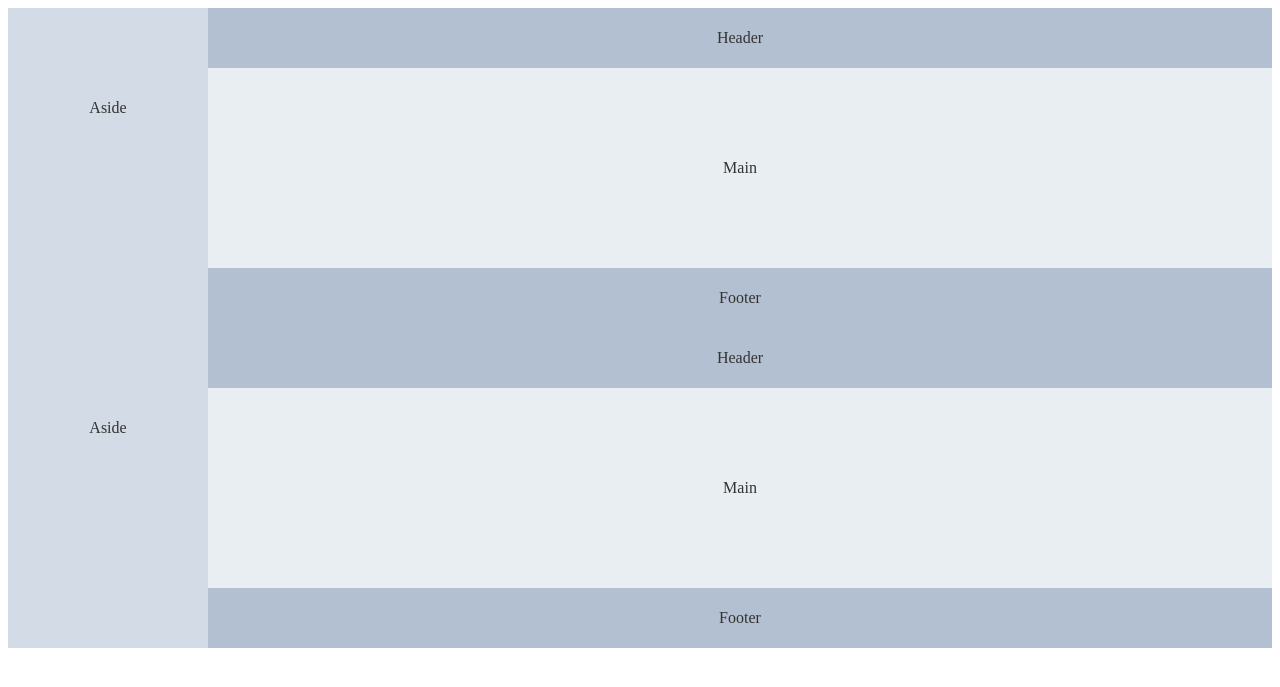
Repository: 960519152/elementui-demo-byf
Page: /
These files come from the project's save history. The page is drawn as it stood at one moment and after the next save; the edit follows.
The browser window is 1280 px wide. The pictures show the whole page.
The project was rebuilt for these pictures with package versions that can differ from the ones it lists, and the page was loaded fresh each time.

Above is the page before, as saved 2019-05-13 13:57:46.

After the next save:
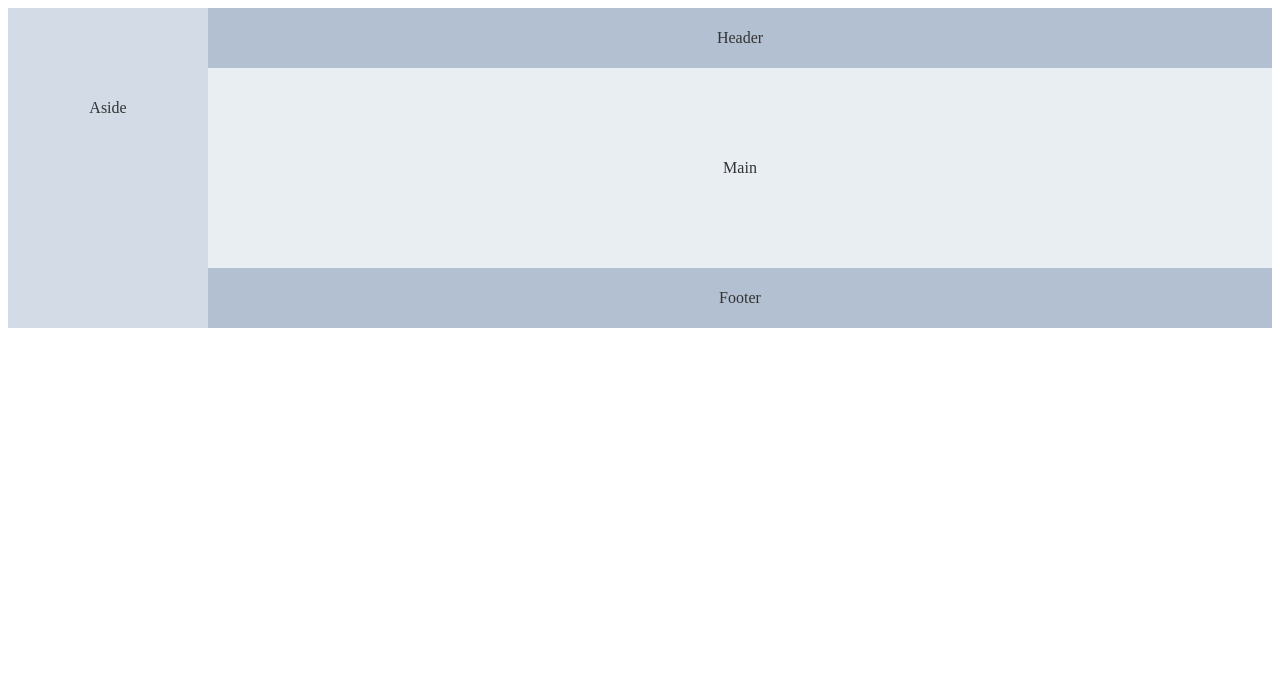
Saved 10 s later.
--- a/src/components/HelloWorld.vue
+++ b/src/components/HelloWorld.vue
@@ -1,61 +1,21 @@
 <template>
   <div class="hello">
-    <el-container>
-      <el-aside width="200px">Aside</el-aside>
-      <el-container>
-        <el-header>Header</el-header>
-        <el-main>Main</el-main>
-        <el-footer>Footer</el-footer>
-      </el-container>
-    </el-container>
+
   </div>
 </template>
 
 <script>
-  export default {
-    name: 'HelloWorld',
-    data() {
-      return {
-        msg: 'Welcome to Your Vue.js App'
-      }
+export default {
+  name: 'HelloWorld',
+  data () {
+    return {
+      msg: 'Welcome to Your Vue.js App'
     }
   }
-
+}
 </script>
 
 <!-- Add "scoped" attribute to limit CSS to this component only -->
 <style scoped>
-.el-header, .el-footer {
-    background-color: #B3C0D1;
-    color: #333;
-    text-align: center;
-    line-height: 60px;
-  }
 
-  .el-aside {
-    background-color: #D3DCE6;
-    color: #333;
-    text-align: center;
-    line-height: 200px;
-  }
-
-  .el-main {
-    background-color: #E9EEF3;
-    color: #333;
-    text-align: center;
-    line-height: 160px;
-  }
-
-  body > .el-container {
-    margin-bottom: 40px;
-  }
-
-  .el-container:nth-child(5) .el-aside,
-  .el-container:nth-child(6) .el-aside {
-    line-height: 260px;
-  }
-
-  .el-container:nth-child(7) .el-aside {
-    line-height: 320px;
-  }
 </style>
